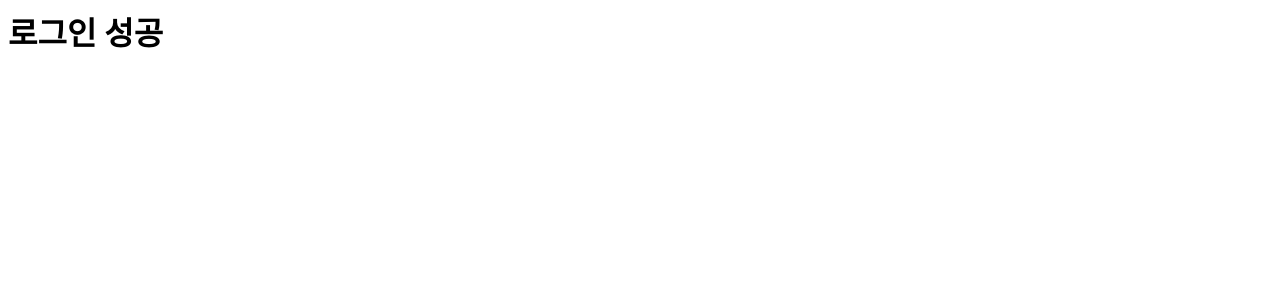
Repository: fhwang2/WEB
Page: http://localhost/190711_JSP/Login/successLogin.jsp
An editor plug-in stored every save of this project. The page is shown before and after the next save, followed by the edit.
The browser window is 1280 px wide. The pictures show the whole page.
The page is served by Tomcat 9.

Above is the page before, as saved 2019-07-11 02:17:38.

After the next save:
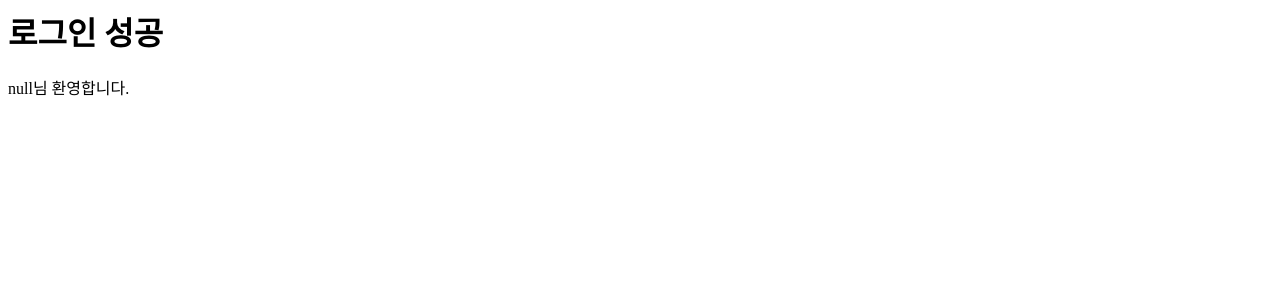
Saved 87 s later.
--- a/190711_JSP/WebContent/Login/successLogin.jsp
+++ b/190711_JSP/WebContent/Login/successLogin.jsp
@@ -1,3 +1,4 @@
 <%@ page language="java" contentType="text/html; charset=UTF-8"
     pageEncoding="UTF-8"%>
 <h1>로그인 성공</h1>
+<%= request.getParameter("id")%>님 환영합니다.
